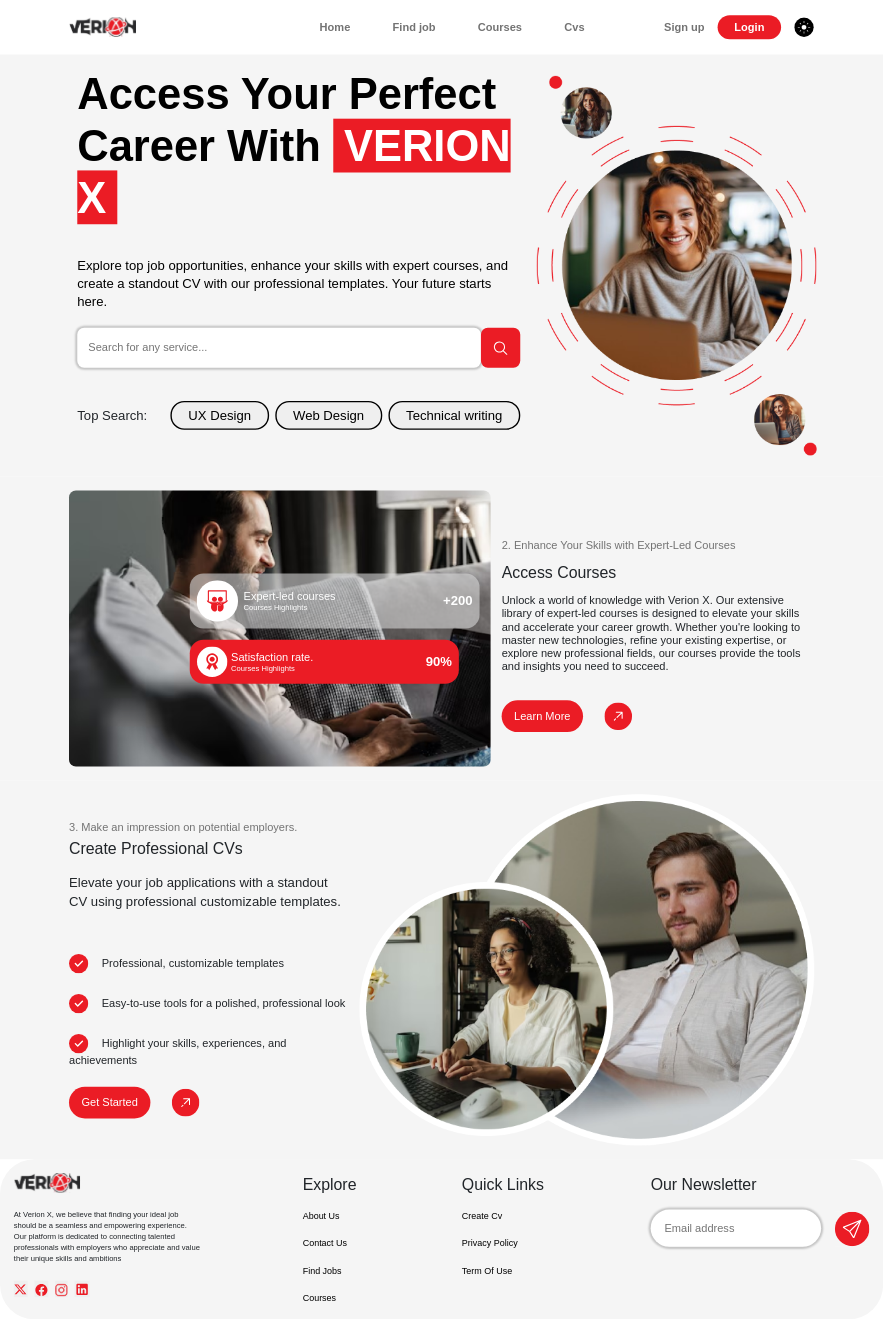
Repository: SahMenz/verionX
Page: /
These files come from the project's save history. The page is drawn as it stood at one moment and after the next save; the edit follows.
The browser window is 1280 px wide. The pictures show the whole page, at 69% of full size.
The project was rebuilt for these pictures with package versions that can differ from the ones it lists, and the page was loaded fresh each time. Also part of the build but not shown: vite.config.js.

Above is the page before, as saved 2024-06-16 16:47:44.

### src/App.jsx
import './App.css'
import Home from './components/home/home'
import 'bootstrap/dist/css/bootstrap.min.css';

function App() {

  return (
    <>
      <div>
          <Home />
      </div>
    </>
  )
}

export default App

### src/index.css
button{
    outline: none;
    border: none;
  }

  input{
    border: none;
    outline: none;
}

### src/App.css
*, *::before, *::after{
  padding: 0px;
  margin: 0px;
  box-sizing: border-box;
  font-family: "Rubik", sans-serif;
}

/* BACKGROUND COLORS */

.bg-f5{
  background-color: #F5F5F5;
}
.bg-eb{
  background-color: #EB1C25;
}
.bg-ff{
  background-color: #fff;
}
.bg-d9{
  background-color: #D9D9D9;
}
.bg-00{
  background-color: #000;
}


/* FONT SIZES */

.txt-11{
  font-size: 11px;
}
.txt-13{
  font-size: 13px;
}
.txt-16{
  font-size: 16px;
}
.txt-19{
  font-size: 19px;
}
.txt-23{
  font-size: 23px;
}
.txt-45{
  font-size: 45px;
}
.txt-63{
  font-size: 63px;
}


/* TEXT COLOR */

.txt-eb{
  color:#EB1C25
}
.txt-f3{
  color: #737373
}
.txt-ff{
  color:#fff
}
.txt-00{
  color: #000;
}


/* FONT WEIGHT */

.fw-400{
  font-weight: 400;
}
.fw-500{
  font-weight: 500;
}
.fw-600{
  font-weight: 600;
}


/* LINE HEIGHT */

.lh-19{
  line-height: 19.2px;
}
.lh-75{
  line-height: 55.6px;
}
.lh-26{
  line-height: 26.38px;
}
.lh-22{
  line-height: 22.8px;
}
.lh-27{
  line-height: 27.6px;
}
.lh-15{
  line-height: 15.89px;
}
.lh-13{
  line-height: 13.2px;
}
.lh-54{
  line-height: 54px;
}
.lh-34{
  line-height: 34.5px;
}
.lh-67{
  line-height: 67.5px;
}
.lh-32{
  line-height: 32.2px;
}
.lh-18{
  line-height: 18.96px;
}

### src/components/home/home.jsx
import Footer from "../footer/footer"
import Navigation from "../navigation/navigation"
import AccessCourses from "./accessCourses/accessCourses"
import CreateProfessionalCv from "./createProfessionalCv/createProfessionalCv"
import Hero from "./hero/hero"

function Home() {
  return (
    <div >
        <Navigation />
        <Hero />
        <AccessCourses />
        <CreateProfessionalCv />
        <Footer />
    </div>
  )
}

export default Home

### src/components/footer/footer.jsx
import logo from '../../assets/images/logo.svg';
import CustomSvg from '../customSvg/customSvg';
import './footer.css';

function Footer() {
  return (
    <div className='d-flex bg-f5 justify-content-between footerGeneral gap-5' style={{borderRadius:"50px"}}>
        <div className='d-flex flex-column' style={{width:"272px", height:"166px"}}>
            <img  src={logo} style={{width:"97.2px"}}/>
            <div className='fw-400 lh-15 txt-11 py-4'>
                At Verion X, we believe that finding your ideal job should be a
                seamless and empowering experience. Our platform is dedicated to connecting talented
                professionals with employers who appreciate and value their unique skills and ambitions
            </div>
            <div className='d-flex align-items-center justify-content-between' style={{width:"110px"}}>
                <button><CustomSvg name="x"/></button>
                <button><CustomSvg name="facebook"/></button>
                <button><CustomSvg name="insta"/></button>
                <button><CustomSvg name="linkedin"/></button>
            </div>
        </div>
        <div className='d-flex flex-column justify-content-between' style={{width:"84px", height:"192px"}}>
            <div className='fw-500 txt-23 lh-32'>Explore</div>
            <a href="#" className='txt-00 fw-400 txt-13 lh-18 text-decoration-none'>About Us</a>
            <a href="#" className='txt-00 fw-400 txt-13 lh-18 text-decoration-none'>Contact Us</a>
            <a href="#" className='txt-00 fw-400 txt-13 lh-18 text-decoration-none'>Find Jobs</a>
            <a href="#" className='txt-00 fw-400 txt-13 lh-18 text-decoration-none'>Courses</a>
        </div>
        <div className='d-flex flex-column justify-content-between' style={{width:"127px", height:"152px"}}>
            <div className='fw-500 txt-23 lh-32'>Quick Links</div>
            <a href="#" className='txt-00 fw-400 txt-13 lh-18 text-decoration-none'>Create Cv</a>
            <a href="#" className='txt-00 fw-400 txt-13 lh-18 text-decoration-none'>Privacy Policy</a>
            <a href="#" className='txt-00 fw-400 txt-13 lh-18 text-decoration-none'>Term Of Use</a>
        </div>
        <div className='d-flex flex-column justify-content-between' style={{height:"107px"}}>
            <div className='fw-500 txt-23 lh-32'>Our Newsletter</div>
            <div>
                <input  type='text' placeholder='Email address' style={{marginRight:"20px",borderRadius:"30px", padding:"15px 20px", boxShadow: "0px 0px 3px 3px rgba(0, 0, 0, 0.2)"}}/>
                <button className='bg-f5'><CustomSvg name="telegram"/></button>
            </div>
        </div>
    </div>
  )
}

export default Footer

### src/components/navigation/navigation.jsx
import logo from '../../assets/images/logo.svg'
import CustomSvg from '../customSvg/customSvg'
import './navigation.css'


function Navigation() {

  return (
    <div className="d-flex justify-content-between navContainer">
        <img src={logo} alt="" />
        <div className='d-none d-lg-flex navigationLink justify-content-between align-items-center'>
          <div className='d-flex justify-content-between align-items-center links'>
            <a href="#" className='small-txt lh-19 fw-600 text-decoration-none txt-f3'>Home</a>
            <a href="#" className='small-txt lh-19 fw-600 text-decoration-none txt-f3'>Find job</a>
            <a href="#" className='small-txt lh-19 fw-600 text-decoration-none txt-f3'>Courses</a>
            <a href="#" className='small-txt lh-19 fw-600 text-decoration-none txt-f3'>Cvs</a>
          </div>
          <div className='d-flex justify-content-between align-items-center switchmode'>
            <a href="#" className='small-txt lh-19 fw-600 text-decoration-none txt-f3'>Sign up</a>
            <a href="#" className='small-txt lh-19 fw-600 text-decoration-none txt-ff bg-eb px-4 py-2 rounded-5'>Login</a>
            <button className='bg-ff'><CustomSvg name="switchModes"/></button>
          </div>
        </div>
        <div className=' d-lg-none cursor-pointer' style={{width: "40px", height: "40px", display: 'flex', flexDirection: 'column', alignItems: "center", justifyContent: "center", gap: "5px"}}>
          <div style={{width : "30px", height:"3px", backgroundColor : 'black' }}></div>
          <div style={{width : "30px", height:"3px", backgroundColor : 'black' }}></div>
          <div style={{width : "30px", height:"3px", backgroundColor : 'black' }}></div>
        </div>
    </div>
  )
}

export default Navigation

### src/components/home/accessCourses/accessCourses.jsx
import CustomSvg from "../../customSvg/customSvg";
import './accessCourses.css';

function AccessCourses() {
  return (
    <div className="d-flex flex-column bg-f5 flex-xl-row accessGeneral  align-items-center">
        <div className="manPressingLaptop" style={{maxWidth:"611px", position:"relative"}}>
            <div className="imagetext d-none d-lg-block" style={{position:"absolute"}}>
                <div className="d-flex align-items-center opacebackground justify-content-between mb-3" style={{padding:"10px", borderRadius:"20px", maxWidth:"455px"}}>
                    <CustomSvg name="expertLedCourses"/>
                    <div className="d-flex ps-2 justify-content-between align-items-center" style={{width:"340px"}}>
                        <div className="d-flex flex-column" >
                            <div className="txt-ff fw-500 txt-16 lh-19">Expert-led courses</div>
                            <div className="txt-11 txt-ff fw-500 lh-13">Courses Highlights</div>
                        </div>
                        <div className="fw-600 txt-19 lh-22 txt-ff">+200</div>
                    </div>
                </div>
                <div className="bg-eb d-flex align-items-center justify-content-between" style={{padding:"10px", borderRadius:"20px", maxWidth:"390px"}}>
                    <CustomSvg name="satisfactionrate"/>
                    <div className="d-flex justify-content-between align-items-center" style={{width:"320px"}}>
                        <div className="d-flex flex-column" >
                            <div className="txt-ff fw-500 txt-16 lh-19">Satisfaction rate.</div>
                            <div className="txt-11 txt-ff fw-500 lh-13">Courses Highlights</div>
                        </div>
                        <div className="fw-600 txt-19 lh-22 txt-ff">90%</div>
                    </div>
                </div>
            </div>
        </div>
        <div className=" ms-xl-3"  style={{maxWidth:"576px"}}>
            <p className="txt-f3 fw-500 lh-19 enhance" style={{maxWidth:"370px"}}>2. Enhance Your Skills with Expert-Led Courses</p>
            <p className="fw-500 lh-27 access" style={{maxWidth:"300px"}}>Access Courses</p>
            <p className="fw-400 lh-19 pb-4 unlock" style={{maxWidth:"576px"}}>
                Unlock a world of knowledge with Verion X. Our extensive library of expert-led courses is designed to elevate your skills and accelerate your career growth. Whether you&apos;re looking to master new technologies, refine your existing expertise, or explore new professional fields, our courses provide the tools and insights you need to succeed.
            </p>
            <div className="d-flex align-items-center justify-content-between" style={{width:"189px"}}>
                <button className="bg-eb txt-ff" style={{padding:"11px 18px", borderRadius:"30px"}}>Learn More</button>
                <CustomSvg name="arrowTopRight" className=""/>
            </div>
        </div>
    </div>
  )
}

export default AccessCourses

### src/components/home/createProfessionalCv/createProfessionalCv.jsx
import createProfessionalImage from '../../../assets/images/createProfessionalImage.png';
import CustomSvg from '../../customSvg/customSvg';
import './createProfessionalCv.css';

function CreateProfessionalCv() {
  return (
    <div className='d-flex flex-column createGeneral bg-f5 flex-xl-row align-items-center'>
        <div style={{maxWidth:"507px"}}>
            <div className='fw-500 lh-19 txt-16 txt-f3 adjustText' style={{margin:"0px 0px 8px 0px"}}>3. Make an impression on potential employers.</div>
            <div className='fw-500 lh-27 txt-23 adjust23' style={{margin:"0px 0px 20px 0px"}}>Create Professional CVs</div>
            <div className='fw-400 txt-19 lh-23 adjust19' style={{margin:"0px 0px 60px 0px"}}>Elevate your job applications with a standout CV using professional customizable templates.</div>
            <div className='fw-400 txt-16 lh-19 adjustText' style={{marginBottom:"29px"}}><CustomSvg name="createProfessionalTick"/> <span style={{marginLeft:"15px"}}>Professional, customizable templates</span></div>
            <div className='fw-400 txt-16 lh-19 adjustText' style={{marginBottom:"29px"}}><CustomSvg name="createProfessionalTick"/> <span style={{marginLeft:"15px"}}>Easy-to-use tools for a polished, professional look</span></div>
            <div className='fw-400 txt-16 lh-19 adjustText' style={{marginBottom:"29px"}}><CustomSvg name="createProfessionalTick"/> <span style={{marginLeft:"15px"}}>Highlight your skills, experiences, and achievements</span></div>
            <div className="d-flex align-items-center justify-content-between" style={{width:"189px"}}>
                <button className="bg-eb txt-ff" style={{padding:"11px 18px", borderRadius:"30px"}}>Get Started</button>
                <CustomSvg name="arrowTopRight" className=""/>
            </div>
        </div>
        <img src={createProfessionalImage} className='mt-5 mt-xl-0 mixedImage ms-xl-3' style={{maxWidth:"659px"}}/>
    </div>
  )
}

export default CreateProfessionalCv

### src/components/home/hero/hero.jsx
import accesYourPerfectImage from '../../../assets/images/accesYourPerfectImage.png';
import CustomSvg from '../../customSvg/customSvg';
import './hero.css';

function Hero() {
  return (
    <div className='bg-f5 heroGeneral d-flex flex-column flex-xl-row justify-content-center justify-content-between align-items-center' style={{}}>
        <div style={{maxWidth:"733px"}} className=' textcontainer mb-5 mx-xxl-1 px-xxl-0 d-flex flex-column container '>
            <div className='txt-63 lh-75 txt-ff fw-600 txt-00 largeTxt mb-5' >Access Your Perfect Career With <span className='bg-eb fw-600 txt-ff py-1 px-3'>VERION X</span></div>
            <div className='txt-00 lh-26 mb-4 exploretxt' style={{maxWidth:"630px"}}>
                Explore top job opportunities, enhance your skills with expert courses, and create a standout CV with our professional templates. Your future starts here.
            </div>
            <div className="d-flex">
                <input type="text" className='p-3 container mb-xl-5' placeholder="Search for any service..."  style={{borderRadius:"10px", boxShadow: "0px 0px 3px 3px rgba(0, 0, 0, 0.2)"}} />
                <button className="bg-eb p-3 mb-xl-5" style={{borderRadius:"10px", border:"none"}}><CustomSvg name="search"/></button>
            </div>
            <div className='d-none d-xl-flex align-items-center justify-content-between'style={{width:"642px"}} >
                <div className='txt-19 lh-26 txt-500'>Top Search:</div>
                <div className='d-flex align-items-center justify-content-between' style={{width:"507px"}}>
                    <button style={{borderRadius:"20px",border: "2px solid black"}}><div className='px-4 py-2 txt-19 lh-22 txt-500'>UX Design</div></button>
                    <button style={{borderRadius:"20px",border: "2px solid black"}}><div className='px-4 py-2 txt-19 lh-22 txt-500'>Web Design</div></button>
                    <button style={{borderRadius:"20px",border: "2px solid black"}}><div className='px-4 py-2 txt-19 lh-22 txt-500'>Technical writing</div></button>
                </div>
            </div>
        </div>
        <img src={accesYourPerfectImage} className='container mx-xxl-1 px-xxl-0' style={{Width:"65vw", maxWidth:"430px"}} alt="three images" />
    </div>
  )
}

export default Hero

### src/components/footer/footer.css
.footerGeneral{
    padding: 20px 20px;
    flex-wrap: wrap
}

@media (min-width:1400px){
    .footerGeneral{
        padding: 64px 109px
    }
}

### src/components/navigation/navigation.css
.navContainer{
    padding: 22px 100px;
    box-shadow: 0px 10px 10px 10px rgba(0, 0, 0, 0.2);
}

.navigationLink{
    width: 56vw;
    min-width: 600px;
    max-width: 888px;
}
.links{
    width: 30vw;
    min-width: 300px;
    max-width: 482px;
}
.switchmode{
    width: 17vw;
    min-width: 200px;
    max-width: 254px;
}
@media screen and (min-width:325px) and (max-width:988px) {
    .navContainer{
        padding: 18px 60px;
    }
}

### src/components/home/accessCourses/accessCourses.css
.accessGeneral{
    padding: 10px 20px;
}
.enhance{
    font-size: 4vw;
    margin-top: 20px;
}
.access{
    font-size: 6vw;
}
.unlock{
    font-size: 4vw;
}
.opacebackground{
    background-color:rgba(217, 217, 217, 0.6);
}
.manPressingLaptop{
    background-image: url('../../../assets/images/accessCoursesImage.png');
    background-size: cover;
    border-Radius: 10px;
    background-position: center;
    height: 400px;
    width: 65vw;
    background-size: cover;
    background-position: center;
}
.imagetext{
    position: absolute;
    top: 50%;
    left: 63%;
    transform: translate(-50%, -50%);
}

@media (min-width: 478px) {
    .enhance{
        font-size: 3vw;
    }
    .access{
        font-size: 5vw;
    }
    .unlock{
        font-size: 3vw;
    }
}
@media (min-width: 665px) {
    .enhance{
      font-size: 2.5vw;
    }
    .access{
      font-size:4.5vw;
    }
    .unlock{
        font-size: 2.5vw;
    }
}
@media (min-width:730px){
    .accessGeneral{
      padding: 20px 100px;
    }
    .enhance{
        font-size: 16px;
      }
      .access{
        font-size:23px;
      }
      .unlock{
          font-size: 16px;
      }
  }
  @media (min-width:1400px){
    .accessGeneral{
        justify-content: space-between!important;
    }
  }

### src/components/home/createProfessionalCv/createProfessionalCv.css
.createGeneral{
    padding: 10px 20px;
}
.mixedImage{
    width: 85vw;
}
.adjustText{
    font-size: 4vw;
}
.adjust19{
    font-size: 5vw;
}
.adjust23{
    font-size: 6vw;
}
@media (min-width: 478px) {
    .adjustText{
        font-size: 3.5vw;
    }
    .adjust19{
        font-size: 4.5vw;
    }
    .adjust23{
        font-size: 5.5vw;
    }
}
@media (min-width: 560px) {
    .adjustText{
        font-size: 3vw;
    }
    .adjust19{
        font-size: 4vw;
    }
    .adjust23{
        font-size: 5vw;
    }
}
@media (min-width:630px){
    .createGeneral{
        padding: 20px 100px;
    }
    .adjustText{
        font-size: 16px;
    }
    .adjust19{
        font-size: 19px;
    }
    .adjust23{
        font-size: 23px;
    }
}
@media (min-width:1400px){
    .createGeneral{
        justify-content: space-between;
    }
}

### src/components/home/hero/hero.css
  .largeTxt{
    font-size: 10vw;
  }
  .exploretxt{
    font-size: 4vw;
  }
  .heroGeneral{
    padding: 10px 20px;
  }
  @media (min-width: 478px) {
    .largeTxt{
      line-height: 75px;
    }
    .exploretxt{
      font-size: 3vw;
    }
  }
  @media (min-width: 632px) {
    .largeTxt{
      font-size: 9vw;
    }
    .exploretxt{
      font-size:2.5vw;
    }
  }
  @media (min-width:730px){
    .largeTxt{
      font-size: 63px;
    }
    .exploretxt{
      font-size: 19px;
    }
    .heroGeneral{
      padding: 20px 100px;
    }
  }
  @media(min-width:1400){
    .heroGeneral{
      justify-content: space-between;
    }
  }

### src/components/home/getNotified/getNotified.jsx
function GetNotified() {
  return (
    <div>GetNotified</div>
  )
}

export default GetNotified

Loaded but not shown: src/main.jsx (common file); src/components/customSvg/customSvg.jsx (186 lines, source omitted)

After the next save:
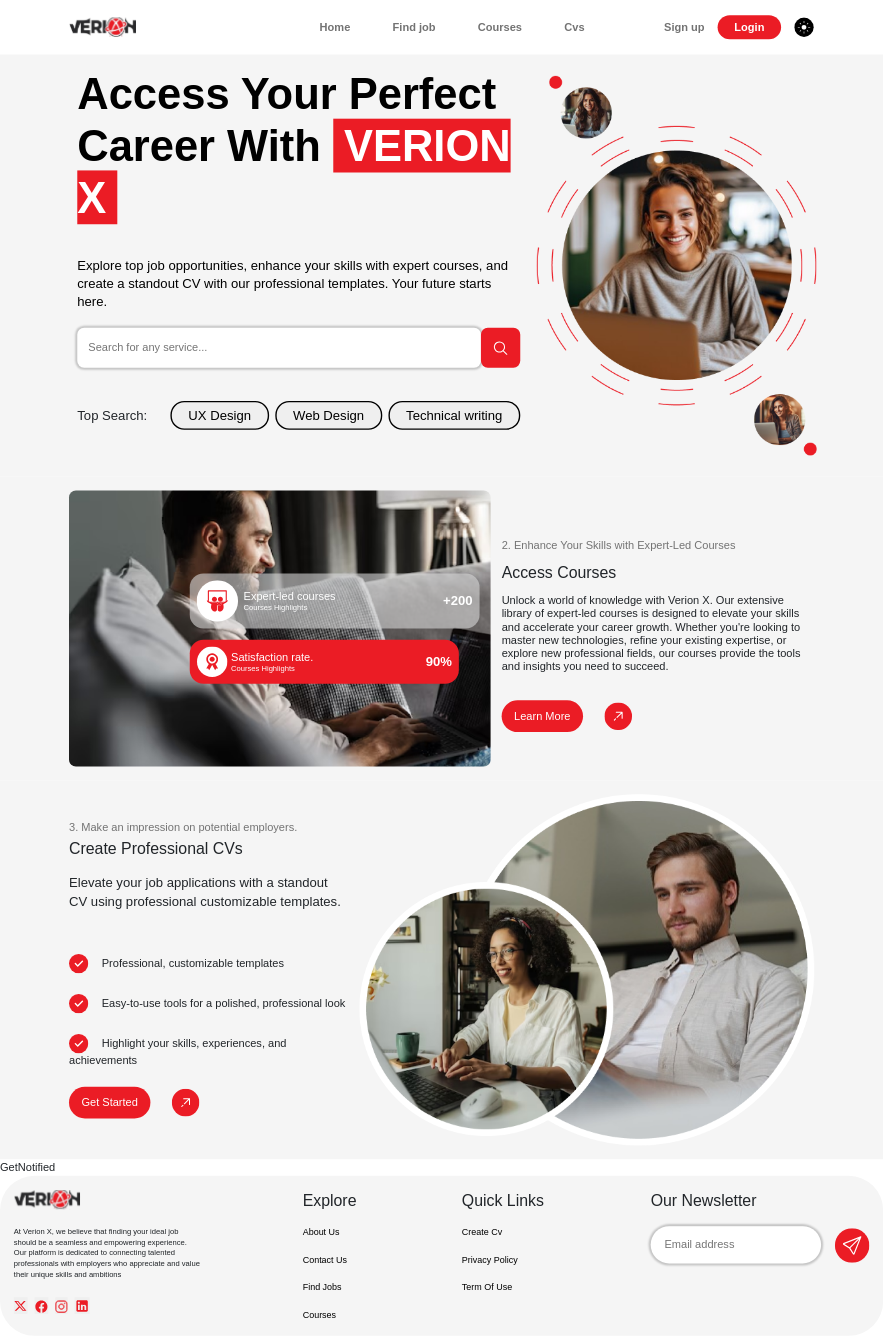
Saved 15 s later.
--- a/src/components/home/home.jsx
+++ b/src/components/home/home.jsx
@@ -2,6 +2,7 @@
 import Navigation from "../navigation/navigation"
 import AccessCourses from "./accessCourses/accessCourses"
 import CreateProfessionalCv from "./createProfessionalCv/createProfessionalCv"
+import GetNotified from "./getNotified/getNotified"
 import Hero from "./hero/hero"
 
 function Home() {
@@ -11,6 +12,7 @@
         <Hero />
         <AccessCourses />
         <CreateProfessionalCv />
+        <GetNotified />
         <Footer />
     </div>
   )
